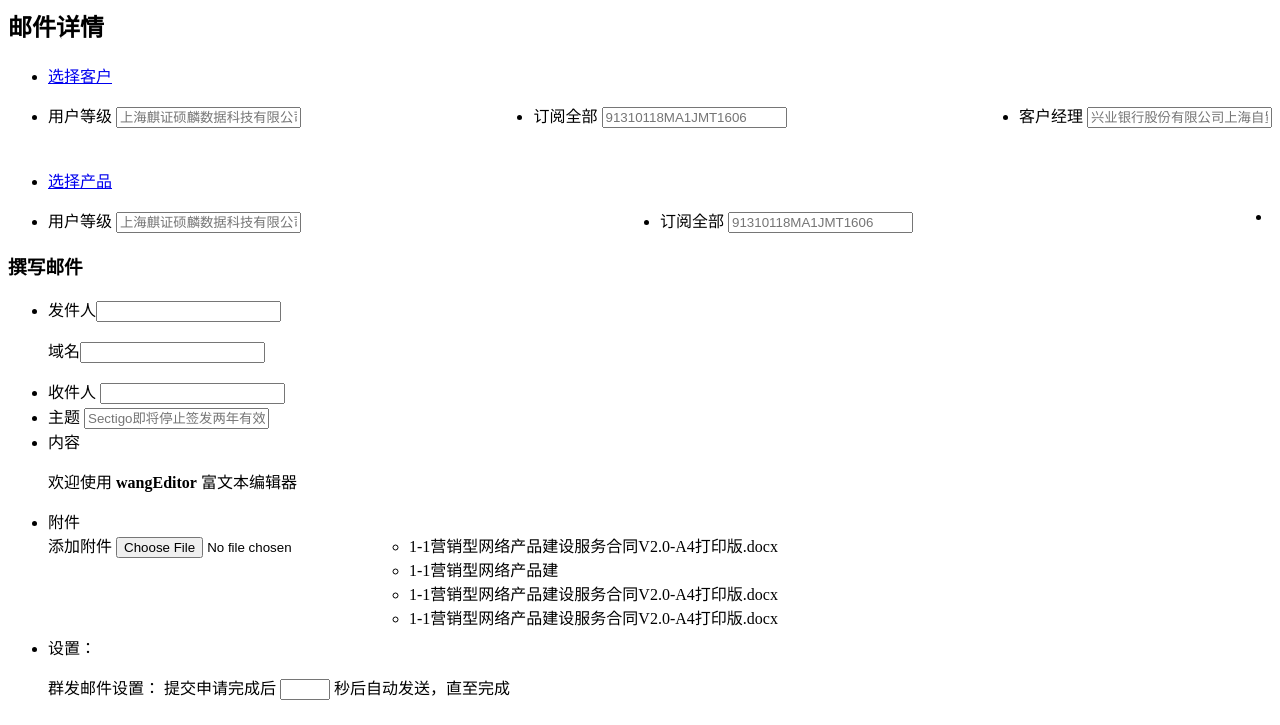
Repository: wangyan466393/racentSystem
Page: createEmail.html
These files come from the project's save history. The page is drawn as it stood at one moment and after the next save; the edit follows.
The browser window is 1280 px wide. The pictures show the whole page.

Above is the page before, as saved 2020-08-11 14:05:58.
Console error: ReferenceError: $ is not defined

### createEmail.html
<div id="content_box" class="createEmail_box">
    <h2>邮件详情</h2>
    <ul id="tab">
        <li style="background-color: #fff;"><a href="#">选择客户</a></li>
    </ul>
    <div id="content" style="margin-bottom: 40px;">
        <div id="order_all" >
            <div class="email_content">
                <ul style="display: flex;justify-content: space-between;">
                    <li>
                            <label for="">用户等级</label>
                            <input type="text" placeholder="上海麒证硕麟数据科技有限公司">
                    </li>
                    <li>
                        <label for="">订阅全部</label>
                            <input type="text" placeholder="91310118MA1JMT1606">
                    </li>
                    <li>
                       <label for="">客户经理</label>
                            <input type="text" placeholder="兴业银行股份有限公司上海自贸试验区支行">
                    </li>
                </ul>
                <!-- <table id="">
                    <tr>
                        <td>
                            <label for="">用户等级</label>
                            <input type="text" placeholder="上海麒证硕麟数据科技有限公司">
                        </td>
                        <td>
                            <label for="">订阅全部</label>
                            <input type="text" placeholder="91310118MA1JMT1606">
                        </td>
                        <td>
                            <label for="">客户经理</label>
                            <input type="text" placeholder="兴业银行股份有限公司上海自贸试验区支行">
                        </td>
                    </tr>
                </table> -->
            </div>
        </div>
    </div>
    <ul id="tab">
        <li style="background-color: #fff;"><a href="#">选择产品</a></li>
    </ul>
    <div id="content">
        <div id="order_all" >
            <div class="email_content">
                <ul style="display: flex;justify-content: space-between;">
                    <li>
                            <label for="">用户等级</label>
                            <input type="text" placeholder="上海麒证硕麟数据科技有限公司">
                    </li>
                    <li>
                        <label for="">订阅全部</label>
                            <input type="text" placeholder="91310118MA1JMT1606">
                    </li>
                    <li>

                    </li>
                </ul>
            </div>
        </div>
    </div>
</div>

<div class="edit_box">
    <h3>撰写邮件</h3>

    <div class="edit_content">
        <ul>
            <li>

                <p>
                    <span>发件人</span><input type="text" class="sender">
                </p>
                <p>
                    <span>域名</span><input type="text" class="domain_name">
                </p>

            </li>
            <li>
                <span>收件人</span>
                <input type="text" class="attn">
            </li>
            <li>
                <span>主题</span>
                <input type="text" class="theme" placeholder="Sectigo即将停止签发两年有效期证书，倒计时仅27天！">
            </li>
            <li>
                <span>内容</span>
                <div id="editor" style="width: 100%;">
                    <p>欢迎使用 <b>wangEditor</b> 富文本编辑器</p>
                </div>
            </li>
            <li>
                <span>附件</span>
                <div style="width: 100%;display: flex;">
                    <div class="upload-box">
                        <label for="file" class="upload-label">
                            添加附件
                            <input class="file-upload" type="file" id="file">
                        </label>
                    </div>
                    <div>
                        <ul class="file_view">
                            <li>1-1营销型网络产品建设服务合同V2.0-A4打印版.docx</li>
                            <li>1-1营销型网络产品建</li>
                            <li>1-1营销型网络产品建设服务合同V2.0-A4打印版.docx</li>
                            <li>1-1营销型网络产品建设服务合同V2.0-A4打印版.docx</li>
                        </ul>
                    </div>
                </div>

            </li>
            <li style="line-height: 40px;">
                <span>设置：</span>
                <div style="width: 100%;">
                    群发邮件设置：
                    提交申请完成后
                    <input type="text" style="width: 50px;">
                    秒后自动发送，直至完成
                </div>
            </li>
        </ul>
    </div>
</div>

<script src="js/wangEditor.min.js"></script>
<script type="text/javascript">


    $(".file-upload").change(function(){
       var file = $(this)[0].files[0];
        var reg= /\.(doc|docx|xlsx)$/;
        if((file.size / 1024 / 1024) > 10) {
            alert("your file size if out of 10M limit");
            return;
        } else if(!reg.test(file.name)) {
            alert("请上传文本文件");
            return;
        }

        $(".file_view").append("<li>"+file.name+"</li>")
    })



        var E = window.wangEditor
        var editor = new E('#editor')
        // 或者 var editor = new E( document.getElementById('editor') )
        editor.customConfig.menus =[
            'head',  // 标题
            'bold',  // 粗体
            'fontSize',  // 字号
            'fontName',  // 字体
            'italic',  // 斜体
            'underline',  // 下划线
            'strikeThrough',  // 删除线
            'foreColor',  // 文字颜色
            'backColor',  // 背景颜色
            'link',  // 插入链接
            'list',  // 列表
            'justify',  // 对齐方式
            'quote',  // 引用
            'emoticon',  // 表情
            'image',  // 插入图片
            'table',  // 表格
            'video',  // 插入视频
            'code',  // 插入代码
            'undo',  // 撤销
            'redo'  // 重复
        ]
        editor.create()

</script>

Loaded but not shown: js/wangEditor.min.js (library)

After the next save:
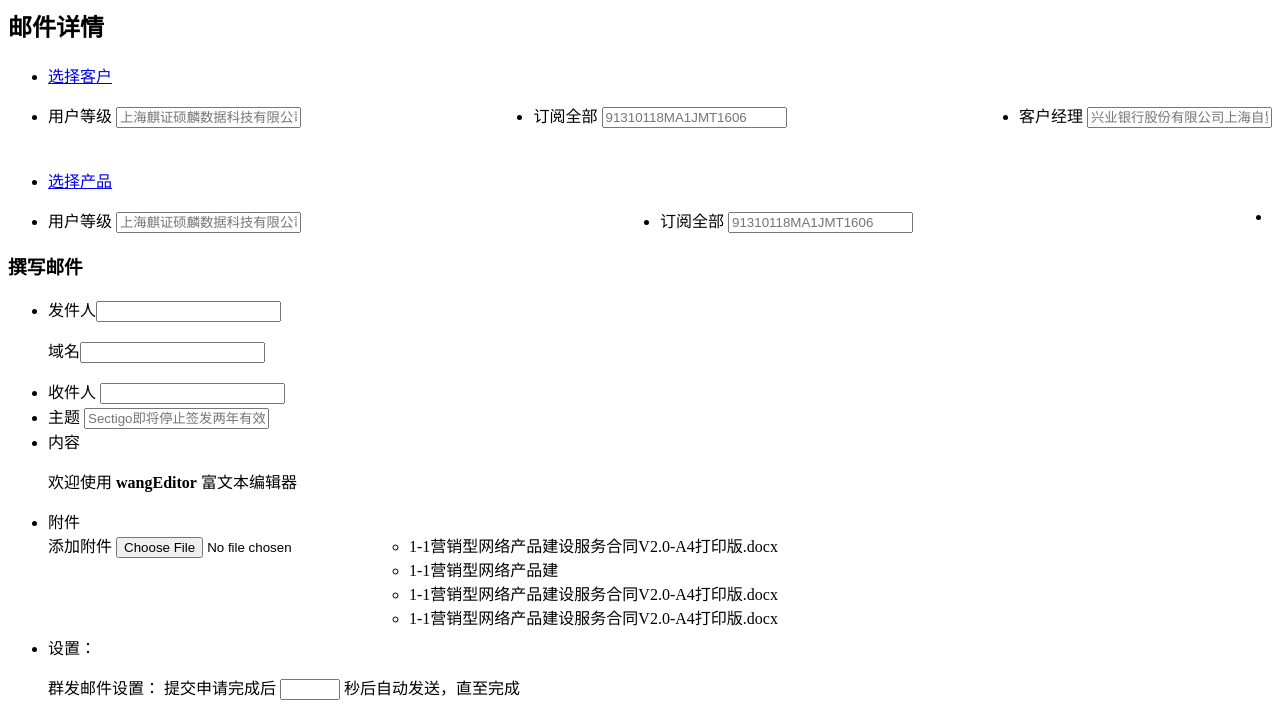
Saved 11 s later.
--- a/createEmail.html
+++ b/createEmail.html
@@ -117,7 +117,7 @@
                 <div style="width: 100%;">
                     群发邮件设置：
                     提交申请完成后
-                    <input type="text" style="width: 50px;">
+                    <input type="text" style="width: 60px;">
                     秒后自动发送，直至完成
                 </div>
             </li>
